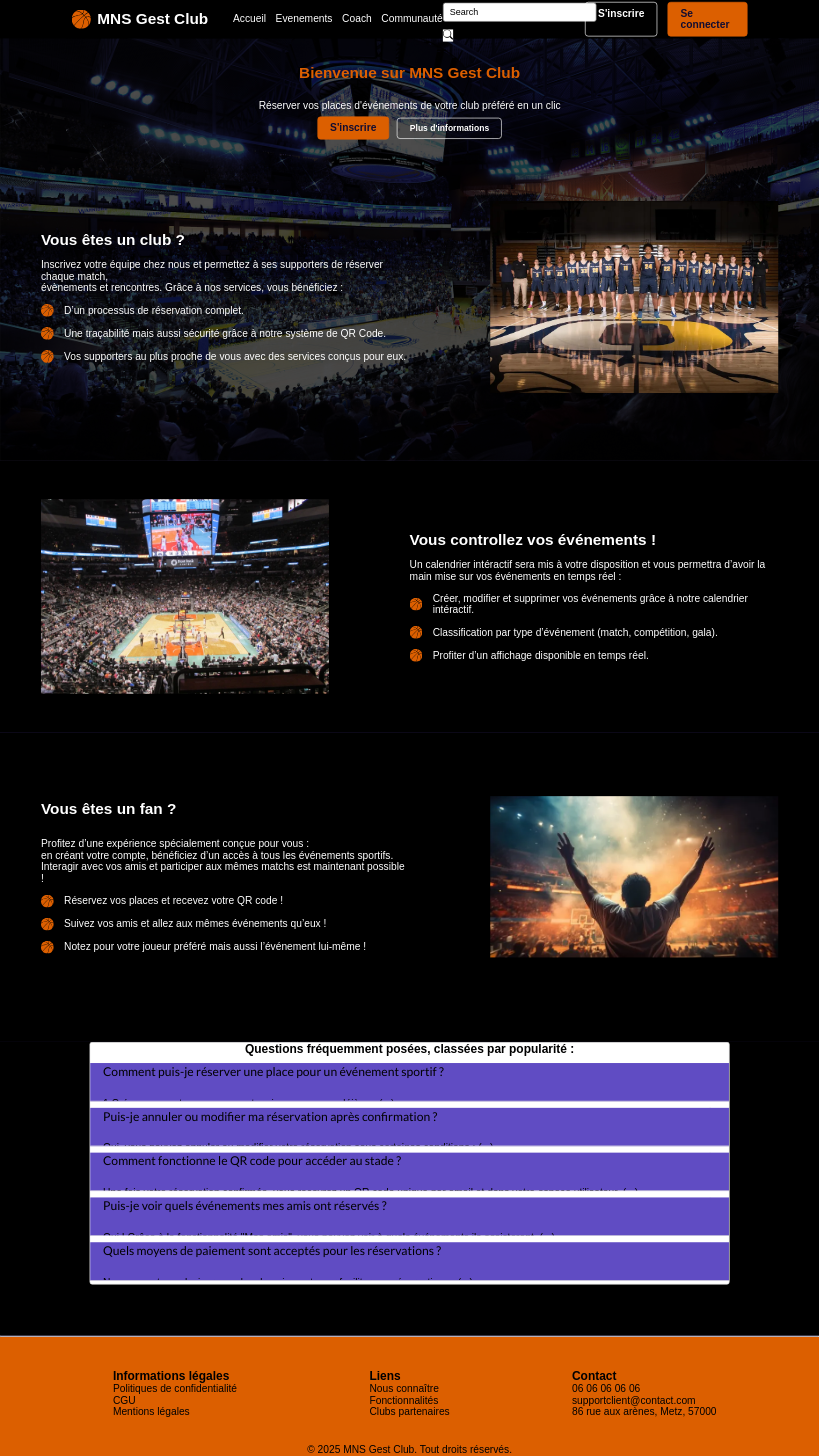
Repository: Sgrini/projetfilrouge
Page: http://localhost/
An editor plug-in stored every save of this project. The page is shown before and after the next save, followed by the edit.
The browser window is 1280 px wide. The pictures show the whole page, at 64% of full size.
Some web fonts or font styles are not loaded; a fallback is used. The page is run by PHP 8.4 with error messages shown; the project is at /var/www/html/.

Above is the page before, as saved 2025-05-07 11:05:45.

### index.php
<!DOCTYPE html>
<html lang="fr">

<head>
  <meta charset="UTF-8" />
  <meta name="viewport" content="width=device-width, initial-scale=1.0" />
  <link rel="stylesheet" href="https://cdnjs.cloudflare.com/ajax/libs/font-awesome/6.7.2/css/all.min.css" />
  <link rel="stylesheet" href="/style/main.css" />
  <title>MNS Gest Club</title>
</head>

<body>
  <!-- HEADER: Barre de navigation principale -->
  <header>
    <div class="container">
      <div class="navbar">
        <div class="logo">
          <img src="./img/basketballicon.svg" alt="basket icon" />
          <a href="index.html">MNS Gest Club</a>
        </div>
        <div class="navbar__main">
          <ul class="links">
            <li><a class="nav__link" href="index.php">Accueil</a></li>
            <li><a class="nav__link" href="events.php">Evenements</a></li>
            <li><a class="nav__link" href="admin.php">Coach</a></li>
            <li><a class="nav__link" href="#foire_aux_questions">Communauté</a></li>
          </ul>
          <!-- Champ de recherche -->
          <div class="search">
            <input placeholder="Search" class="navbar__input" type="text" />
            <button class="navbar__button">
              <svg viewBox="0 0 16 16" class="bi bi-search" fill="currentColor" height="16" width="16"
                xmlns="http://www.w3.org/2000/svg">
                <path
                  d="M11.742 10.344a6.5 6.5 0 1 0-1.397 1.398h-.001q.044.06.098.115l3.85 3.85a1 1 0 0 0 1.415-1.414l-3.85-3.85a1 1 0 0 0-.115-.1zM12 6.5a5.5 5.5 0 1 1-11 0 5.5 5.5 0 0 1 11 0">
                </path>
              </svg>
            </button>
          </div>
          <!-- Boutons d'inscription et de connexion -->
          <div class="buttons">
            <a href="signup.php" class="action-button pro">S'inscrire</a>
            <a href="/admin/login.php" class="action-button">Se connecter</a>
          </div>
        </div>
      </div>
      <div class="burger-menu">
        <div class="burger-menu__nav">
          <a class="burger__logo">
            <img src="./img/basketballicon.svg" alt="" />
          </a>
          <div class="burger__btn">
            <i class="fa-solid fa-bars"></i>
          </div>
        </div>
        <ul class="burger-menu__links">
          <li><a href="index.html">Accueil</a></li>
          <li><a href="events.html">Evenements</a></li>
          <li><a href="about">Coach</a></li>
          <li><a href="contact">Communauté</a></li>
          <div class="divider"></div>
          <div class="buttons-burger-menu open">
            <a href="signup.html" class="action-button pro">S'inscrire</a>
            <a href="login.html" class="action-button">Se connecter</a>
          </div>
        </ul>
      </div>
    </div>
  </header>
  <!-- SECTION HERO: Introduction du site -->
  <section class="hero">
    <div class="hero__overlay"></div>
    <!-- Effet de contraste -->
    <div class="hero__header">
      <h1>Bienvenue sur MNS Gest Club</h1>
      <div class="hero__header-text">
        <p>
          Réserver vos places d'événements de votre club préféré en un clic
        </p>
      </div>
      <div class="hero__header-cta">
        <button class="btn btn-signup">S'inscrire</button>
        <button class="action-button pro">Plus d'informations</button>
      </div>
    </div>
    <!-- SECTION CLUB: Inscription des clubs -->
    <div class="hero__main">
      <div class="hero__main-left">
        <h2>Vous êtes un club ?</h2>
        <p>
          Inscrivez votre équipe chez nous et permettez à ses supporters de
          réserver chaque match,<br />évènements et rencontres. Grâce à nos
          services, vous bénéficiez :
        </p>
        <ul class="hero__main-left-list">
          <li>
            <img src="/img/basketballicon.svg" alt="Basket icon" />
            <p>D’un processus de réservation complet.</p>
          </li>
          <li>
            <img src="/img/basketballicon.svg" alt="Basket icon" />
            <p>
              Une traçabilité mais aussi sécurité grâce à notre système de QR
              Code.
            </p>
          </li>
          <li>
            <img src="/img/basketballicon.svg" alt="Basket icon" />
            <p>
              Vos supporters au plus proche de vous avec des services conçus
              pour eux.
            </p>
          </li>
        </ul>
      </div>
      <div class="hero__main-right">
        <img src="/img/basketclub.webp" alt="" />
      </div>
    </div>
  </section>
  <!-- SECTION ÉVÉNEMENTS: Gestion des événements -->
  <section class="features">
    <div class="features__main">
      <div class="features__main-left">
        <img src="/img/basketevents.webp" alt="" />
      </div>
      <div class="features__main-right">
        <h2>Vous controllez vos événements !</h2>
        <p>
          Un calendrier intéractif sera mis à votre disposition et vous
          permettra d’avoir la main mise sur vos événements en temps réel :
        </p>
        <ul class="features__main-right-list">
          <li>
            <img src="/img/basketballicon.svg" alt="Basket icon" />
            <p>
              Créer, modifier et supprimer vos événements grâce à notre
              calendrier intéractif.
            </p>
          </li>
          <li>
            <img src="/img/basketballicon.svg" alt="Basket icon" />
            <p>
              Classification par type d’événement (match, compétition, gala).
            </p>
          </li>
          <li>
            <img src="/img/basketballicon.svg" alt="Basket icon" />
            <p>Profiter d’un affichage disponible en temps réel.</p>
          </li>
        </ul>
      </div>
    </div>
  </section>
  <!-- SECTION FAN: Fonctionnalités pour les supporters -->
  <section class="last__section">
    <div class="last__main">
      <div class="last__main-left">
        <h2>Vous êtes un fan ?</h2>
        <p></p>
        <ul class="last__main-left-list">
          <li>
            <p>
              Profitez d’une expérience spécialement conçue pour vous : <br />
              en créant votre compte, bénéficiez d’un accès à tous les
              événements sportifs. <br />
              Interagir avec vos amis et participer aux mêmes matchs est
              maintenant possible !
            </p>
          </li>
          <li>
            <img src="/img/basketballicon.svg" alt="Basket icon" />
            <p>Réservez vos places et recevez votre QR code !</p>
          </li>
          <li>
            <img src="/img/basketballicon.svg" alt="Basket icon" />
            <p>Suivez vos amis et allez aux mêmes événements qu’eux !</p>
          </li>
          <li>
            <img src="/img/basketballicon.svg" alt="Basket icon" />
            <p>
              Notez pour votre joueur préféré mais aussi l’événement lui-même
              !
            </p>
          </li>
        </ul>
      </div>
      <div class="last__main-right">
        <img src="/img/basketfan.webp" alt="calendrier" />
      </div>
    </div>
  </section>
  <!-- SECTION FAQ: Questions fréquentes -->
  <section id="foire_aux_questions" class="section__faq">
    <div class="faq">
      <h3>Questions fréquemment posées, classées par popularité :</h3>
      <input id="faq-a" type="checkbox" />
      <label for="faq-a">
        <p class="faq-heading">
          Comment puis-je réserver une place pour un événement sportif ?
        </p>
        <div class="faq-arrow"></div>
        <p class="faq-text">
          1.Créer un compte ou se connecter si vous en avez déjà un. (...)<br />
          2.Parcourir les événements disponibles via le calendrier
          interactif.<br />
          3.Sélectionner l’événement souhaité et consulter les places
          disponibles par catégorie (tribune, VIP, standard).<br />
          4. Choisir votre place (limité à 2 places par adhérent ).<br />
          5. Confirmer votre réservation et recevoir un email de confirmation
          avec votre QR code d’accès. <br />
          <strong>
            Le jour de l’événement, présentez votre QR code à l’entrée pour
            valider votre présence !</strong>
        </p>
      </label>
      <input id="faq-b" type="checkbox" />
      <label for="faq-b">
        <p class="faq-heading">
          Puis-je annuler ou modifier ma réservation après confirmation ?
        </p>
        <div class="faq-arrow"></div>
        <p class="faq-text">
          Oui, vous pouvez annuler ou modifier votre réservation sous
          certaines conditions : (...)<br />
          1.Annulation : Vous pouvez annuler votre réservation directement
          depuis votre espace utilisateur, dans la section "Mes réservations".
          Une confirmation vous sera envoyée par email. Attention, des délais
          d’annulation peuvent s’appliquer en fonction de l’événement.<br />
          2.Modification : Si vous souhaitez changer de place ou d’événement,
          vous devrez d’abord annuler votre réservation actuelle, puis
          effectuer une nouvelle réservation (sous réserve de
          disponibilité).<br />
          <strong>
            En cas de question, n’hésitez pas à contacter le support via
            l’application.
          </strong>
        </p>
      </label>
      <input id="faq-c" type="checkbox" />
      <label for="faq-c">
        <p class="faq-heading">
          Comment fonctionne le QR code pour accéder au stade ?
        </p>
        <div class="faq-arrow"></div>
        <p class="faq-text">
          Une fois votre réservation confirmée, vous recevrez un QR code
          unique par email et dans votre espace utilisateur. (...) <br />
          <strong> Le jour de l’événement : </strong><br />
          1.Présentez votre QR code à l’entrée du stade (sur votre téléphone
          ou imprimé). <br />
          2.Un agent ou une borne automatique scannera votre code pour valider
          votre accès. <br />
          3.Une fois validé, vous pourrez entrer et profiter du match ! <br />
          <strong>
            Ce système permet un accès rapide et sécurisé, tout en
            garantissant la traçabilité des présences.</strong>
        </p>
      </label>
      <input id="faq-d" type="checkbox" />
      <label for="faq-d">
        <p class="faq-heading">
          Puis-je voir quels événements mes amis ont réservés ?
        </p>
        <div class="faq-arrow"></div>
        <p class="faq-text">
          Oui ! Grâce à la fonctionnalité "Mes amis", vous pouvez voir à quels
          événements ils assisteront. (...) <br />
          <strong> Voici comment ça fonctionne : </strong><br />
          1.Ajoutez des amis à votre liste via leur nom d’utilisateur ou
          email.
          <br />
          2.Consultez la liste des événements auxquels ils ont réservé des
          places. <br />
          3.Réservez à votre tour pour les rejoindre et vivre l’expérience
          ensemble ! <br />
          <strong>
            Cette fonctionnalité vous permet de partager des moments sportifs
            avec vos proches et de mieux organiser vos sorties.
          </strong>
        </p>
      </label>
      <input id="faq-e" type="checkbox" />
      <label for="faq-e">
        <p class="faq-heading">
          Quels moyens de paiement sont acceptés pour les réservations ?
        </p>
        <div class="faq-arrow"></div>
        <p class="faq-text">
          Nous acceptons plusieurs modes de paiement pour faciliter vos
          réservations : (...)<br />
          1.Carte bancaire (Visa, Mastercard, etc.) <br />
          2.Paiement en ligne sécurisé via des plateformes comme PayPal ou
          Stripe <br />
          3.Portefeuilles numériques (Apple Pay, Google Pay) <br />
          4.Possibilité de paiement sur place (si disponible pour certains
          événements) <br />
          <strong>Toutes les transactions sont sécurisées et protégées selon les
            normes en vigueur. Vous recevrez une confirmation par email dès
            que votre paiement sera validé.</strong>
        </p>
      </label>
    </div>
  </section>
  <hr />
  <footer>
    <div class="footer__contenu-wrapper">
      <div class="contenu-footer">
        <div class="footer__bloc-wrapper">
          <div class="bloc">
            <h3>Informations légales</h3>
            <ul class="liste-services">
              <li><a href="#">Politiques de confidentialité</a></li>
              <li><a href="#">CGU</a></li>
              <li><a href="#">Mentions légales</a></li>
            </ul>
          </div>
        </div>
        <div class="footer__bloc-wrapper">
          <div class="bloc">
            <h3>Liens</h3>
            <ul class="liste-informations">
              <li>Nous connaître</li>
              <li>Fonctionnalités</li>
              <li>Clubs partenaires</li>
            </ul>
          </div>
        </div>
        <!-- FOOTER: Informations légales et contact -->
        <div class="footer__bloc-wrapper">
          <div class="bloc footer-contact" id="contact">
            <h3>Contact</h3>
            <ul>
              <li>06 06 06 06 06</li>
              <li>supportclient@contact.com</li>
              <li>86 rue aux arènes, Metz, 57000</li>
            </ul>
          </div>
        </div>
      </div>
      <p class="copyright">© 2025 MNS Gest Club. Tout droits réservés.</p>
    </div>
  </footer>

  <script src="script.js"></script>
</body>

</html>

### style/main.css
@import url("./style.css");
@import url("./navbar.css");
@import url("./login.css");
@import url("./hero.css");
@import url("./features.css");
@import url("./lastsection.css");
@import url("./faq.css");
@import url("./toggle.css");
@import url("./footer.css");
@import url("./responsive.css");
@import url("./events.css");
@import url("./buttons.css");
@import url("./admin.css");
@import url("./team.css");
@import url("./sidebar.css");
@import url("./signup.css");
@import url("./shop.css");

### style/toggle.css
.burger-menu {
  display: none;
  /* height: 310px; */
  right: 2rem;
  width: 100%;
  background-color: rgba(0, 0, 0, 0.2);
  backdrop-filter: blur(15px);
  border-radius: 10px;
  overflow: hidden;
  transition: height 0.2s cubic-bezier(0.175, 0.885, 0.32, 1.275);
}
.burger-menu__nav {
  display: flex;
  justify-content: space-between;
  align-items: center;
  width: 100%;
  gap: 1rem;
  height: 100%;
  padding: 8px;
  position: relative;
  transition: all 0.3s ease;
}
.burger__btn i {
  color: white;
  font-size: 26px;
}
.burger .burger__logo {
  width: 100px;
  height: 30px;
}
.burger-menu__links.open {
  height: 310px;
}
.burger-menu__links {
  height: 0px;
  transition: height 0.2s ease-in-out;
}
.burger-menu li {
  padding: 0.7rem;
  display: flex;
  justify-content: center;
  align-items: center;
}

.divider {
  height: 1px;
  background-color: #fff;
  width: 80%;
  margin-left: auto;
  margin-right: auto;
  margin-bottom: 1rem;
}

.burger-menu .action-button {
  width: 80%;
  display: flex;
  justify-content: center;
  align-items: center;
}

.buttons-burger-menu {
  display: flex;
  flex-direction: column;
  justify-content: center;
  align-items: center;
  gap: 10px;
}

@media (max-width: 1200px) {
  .navbar {
    display: none;
  }
  .burger-menu {
    display: block;
  }
}

### style/footer.css
footer {
  flex-shrink: 1;
  border-top: 1px #000;
  width: 100%;
  background: var(--primary-color);
  color: black;
  z-index: 2;
}
footer h1 {
  font-size: 10vw;
  text-align: center;
  margin-top: 20px;
  color: #333;
}

.contenu {
  /* grow shrink basis */
  flex: 1 0 auto;
}

.contenu p {
  padding: 5vw 10vw;
  text-align: justify;
}

.contenu-footer {
  display: grid;
  grid-template-columns: 100%;
  justify-content: center;
  padding: 50px 0 30px;
}

.footer__contenu-wrapper {
  margin-left: 20px;
  margin-right: 20px;
}

.footer__bloc-wrapper {
  display: block;
  width: 100%;
  margin-bottom: 12px;
}

/* .bloc {
  margin-left: auto;
  margin-bottom: auto;
} */

/* contact */

.footer-contact p {
  padding: 16px 0;
}

/* Services */

.liste-services,
.liste-information {
  list-style-type: none;
  cursor: pointer;
}

.liste-services a {
  color: black;
}

.copyright {
  text-align: center;
}

@media (min-width: 576px) {
  .footer__contenu-wrapper {
    margin-left: 30px;
    margin-right: 30px;
  }
  .contenu-footer {
    grid-template-columns: repeat(2, 1fr);
  }
}

@media (min-width: 768px) {
  .footer__contenu-wrapper {
    margin-left: 60px;
    margin-right: 60px;
  }
  .contenu-footer {
    grid-template-columns: repeat(3, 1fr);
  }
  .footer__bloc-wrapper {
    display: flex;
    align-items: center;
    justify-content: center;
  }
}

@media (min-width: 992px) {
  .footer__contenu-wrapper {
    margin-left: 90px;
    margin-right: 90px;
  }
  .contenu-footer {
    grid-template-columns: repeat(3, 1fr);
  }
}

### style/responsive.css
@media (min-width: 576px) {
    .container {
        max-width: 540px;
    }
}
@media (min-width: 768px) {
    .container {
        max-width: 720px;
    }
}
@media (min-width: 992px) {
    .container {
        max-width: 960px;
    }
}
@media (min-width: 1200px) {
    .container {
        max-width: 1140px;
    }
}
@media (min-width: 1400px) {
    .container {
        max-width: 1320px;
    }
}

### style/events.css
.events__section {
  margin-top: 60px;
  padding-top: 60px;
  margin-bottom: 8rem;
}

.events__current {
  padding-top: 2rem;
  display: flex;
  flex-wrap: wrap;
}

.events__img-wrapper {
  flex: 100%;
}

@media (min-width: 992px) {
  .events__img-wrapper {
    flex: 0 0 50%;
    padding-left: 2rem;
    padding-right: 2rem;
    order: 1;
  }
}

.events__img {
  width: 100%;
}

.events__current-details {
  flex: 0 0 100%;
  margin-bottom: 2rem;
}

@media (min-width: 992px) {
  .events__current-details {
    flex: 0 0 50%;
    padding-left: 2rem;
    padding-right: 2rem;
    order: 2;
    margin-top: auto;
    margin-bottom: auto;
  }
}

.events__current-details-title {
  margin-bottom: 1rem;
  font-size: 1.8rem;
}

.events__all-button {
  background-color: white;
  color: black;
  border: 1px solid black;
  padding: 10px 20px;
  text-decoration: none;
  cursor: pointer;
  margin-top: 4rem;
}

.events__incoming-button {
  all: unset;
  text-decoration: underline;
  cursor: pointer;
}

### style/team.css
.team__wrapper {
  max-width: 780px;
  margin: auto;
  margin-top: 80px;
  margin-bottom: 90px;
  background: white;
  padding: 20px;
  border-radius: 10px;
  box-shadow: 0px 0px 10px rgba(0, 0, 0, 0.1);
  width: calc(100% - 260px);
  padding: 20px;
}

table {
  width: 100%;
  border-collapse: collapse;
  margin-top: 10px;
}
th,
td {
  border: 1px solid #ddd;
  padding: 10px;
  text-align: left;
}
th {
  background-color: #f4f4f4;
}
.gerer {
  display: flex;
  gap: 10px;
}
.card-wrapper {
  display: flex;
  gap: 20px;
  margin-top: 20px;
}
.card {
  flex: 1;
  background: white;
  padding: 15px;
  border-radius: 8px;
  box-shadow: 0px 0px 5px rgba(0, 0, 0, 0.1);
}
.add-button {
  background-color: black;
  color: white;
  padding: 10px 15px;
  border: none;
  cursor: pointer;
  border-radius: 5px;
  margin-top: 10px;
}
.add-button:hover {
  background-color: var(--primary-color);
  color: black;
  border: 1px solid #fff;
  font-size: medium;
}

### style/sidebar.css
.sidebar {
  width: 280px;
  background: #dc5f00;
  /* opacity: 80%; */
  padding: 20px;
  height: 100vh;
  left: 0;
  top: 0;
  position: fixed;
}

.sidebar h2 {
  font-size: 18px;
  margin-bottom: 20px;
  color: white;
}

.sidebar ul {
  list-style: none;
}

.sidebar ul li {
  padding: 10px 0;
  font-size: 16px;
  cursor: pointer;
  color: white;
}

.sidebar ul li:hover {
  background: #373a40;
  padding-left: 5px;
  border-radius: 10%;
}

### style/signup.css
/* Formulaire */
main {
  display: flex;
  justify-content: center;
  align-items: center;
  height: 80vh;
}

.form__signup-container {
  width: 100%;
  background: white;
  padding: 20px 30px;
  border-radius: 10px;
  box-shadow: 0px 4px 10px rgba(0, 0, 0, 0.1);
  width: 500px;
  text-align: center;
  margin: 0 auto;
}

.signup__main {
  margin-top: 110px;
  margin-bottom: 120px;
}

select {
  width: 100%;
  padding: 10px;
  margin: 10px 0;
  border: 1px solid #ccc;
  border-radius: 5px;
  font-size: 14px;
}

.input-group {
  display: flex;
  gap: 10px;
}

.input-group input {
  width: 50%;
}

.radio-group {
  display: flex;
  justify-content: center;
  align-items: center;
  gap: 15px;
  margin: 10px 0;
}

.signup__gender-choice {
  height: 50%;
}

button:hover {
  background-color: #333;
}

### style/shop.css
.shop__container {
  margin-top: 90px;
  max-width: 996px;
  margin-left: 270px;
  margin-bottom: 80px;
}

.search-filters {
  display: flex;
  gap: 10px;
  margin-bottom: 15px;
}

.search-filters input,
.search-filters select {
  padding: 10px;
  border: 1px solid #ddd;
  border-radius: 5px;
  flex: 1;
}

.filters {
  display: flex;
  gap: 10px;
  margin-bottom: 20px;
}

.filters button {
  padding: 8px 15px;
  border: none;
  background: #ddd;
  border-radius: 5px;
  cursor: pointer;
}

.events {
  display: flex;
  gap: 50px;
  justify-content: space-between;
}

.event-card {
  background: white;
  border-radius: 8px;
  overflow: hidden;
  width: 150%;
  box-shadow: 0px 0px 5px rgba(0, 0, 0, 0.1);
  text-align: center;
}

.event-img {
  background: #e0e0e0;
  height: 150px;
}

.event-info {
  padding: 15px;
}

.event-info h3 {
  font-size: 16px;
  display: flex;
  justify-content: space-between;
  align-items: center;
}

.price {
  font-weight: bold;
  color: black;
}

.event-info p {
  font-size: 14px;
  color: #555;
  margin: 5px 0;
}

.event-info button {
  background: black;
  color: white;
  padding: 8px 15px;
  border: none;
  width: 100%;
  margin-top: 10px;
  cursor: pointer;
}

.pagination {
  display: flex;
  justify-content: center;
  gap: 5px;
  margin-top: 20px;
}

.pagination button {
  padding: 5px 10px;
  border: 1px solid #ddd;
  background: white;
  cursor: pointer;
}

.pagination .active {
  background: black;
  color: white;
}

Loaded but not shown: img/basketballicon.svg (60 lines, source omitted); script.js (10 lines, source omitted); style/login.css (146 lines, source omitted); style/lastsection.css (170 lines, source omitted); style/faq.css (105 lines, source omitted); style/buttons.css (131 lines, source omitted); style/admin.css (139 lines, source omitted); style/style.css (127 lines, source omitted); style/features.css (109 lines, source omitted); style/hero.css (109 lines, source omitted); style/navbar.css (111 lines, source omitted)

After the next save:
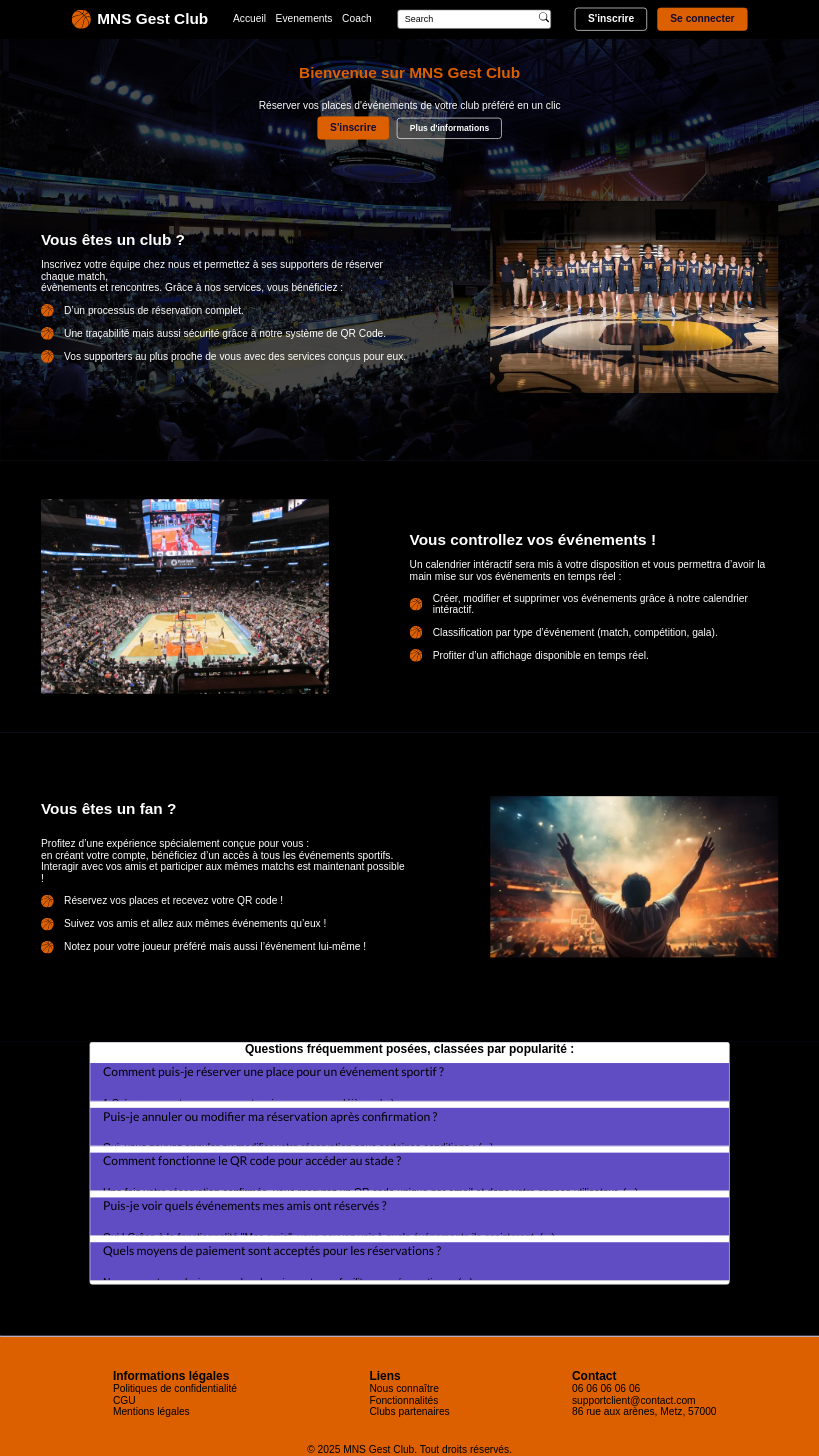
Saved 93 s later.
--- a/index.php
+++ b/index.php
@@ -23,7 +23,6 @@
             <li><a class="nav__link" href="index.php">Accueil</a></li>
             <li><a class="nav__link" href="events.php">Evenements</a></li>
             <li><a class="nav__link" href="admin.php">Coach</a></li>
-            <li><a class="nav__link" href="#foire_aux_questions">Communauté</a></li>
           </ul>
           <!-- Champ de recherche -->
           <div class="search">
